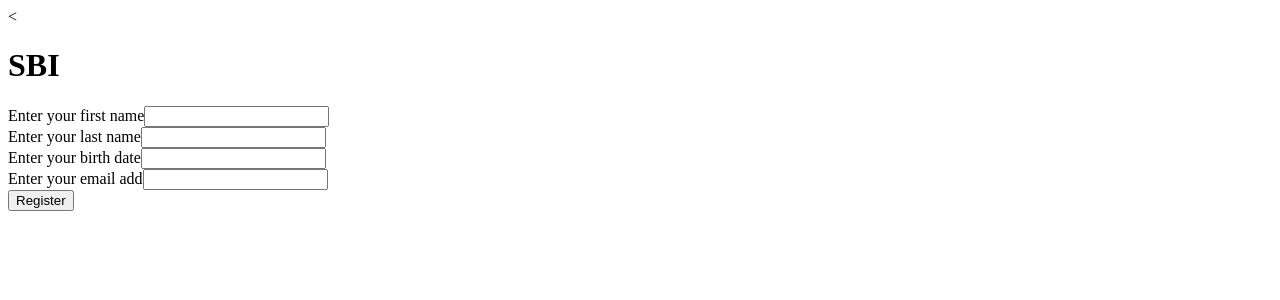
Repository: Prince1530/training
Page: BankProject/public/register.html
An editor plug-in stored every save of this project. The page is shown before and after the next save, followed by the edit.
The browser window is 1280 px wide. The pictures show the whole page.

Above is the page before, as saved 2022-06-13 08:50:17.

After the next save:
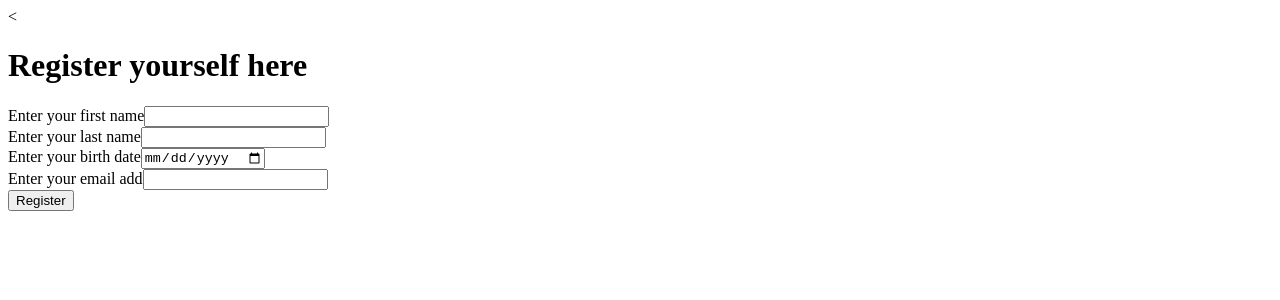
Saved 3 s later.
--- a/BankProject/public/register.html
+++ b/BankProject/public/register.html
@@ -1,14 +1,15 @@
 <<!DOCTYPE html>
 <html>
 <head>
+<link rel="stylesheet"href="style.css"/ >
 <meta charset="ISO-8859-1">
 <title>Insert title here</title>
 </head>
 <body>
-<h1>SBI</h1>
+<h1>Register yourself here</h1>
 Enter your first name<input type=text><br>
 Enter your last name<input type=text><br>
-Enter your birth date<input type=text><br>
+Enter your birth date<input type=date><br>
 Enter your email add<input type=text><br>
 <input type=submit name =submit value="Register"><br>
 </body>
